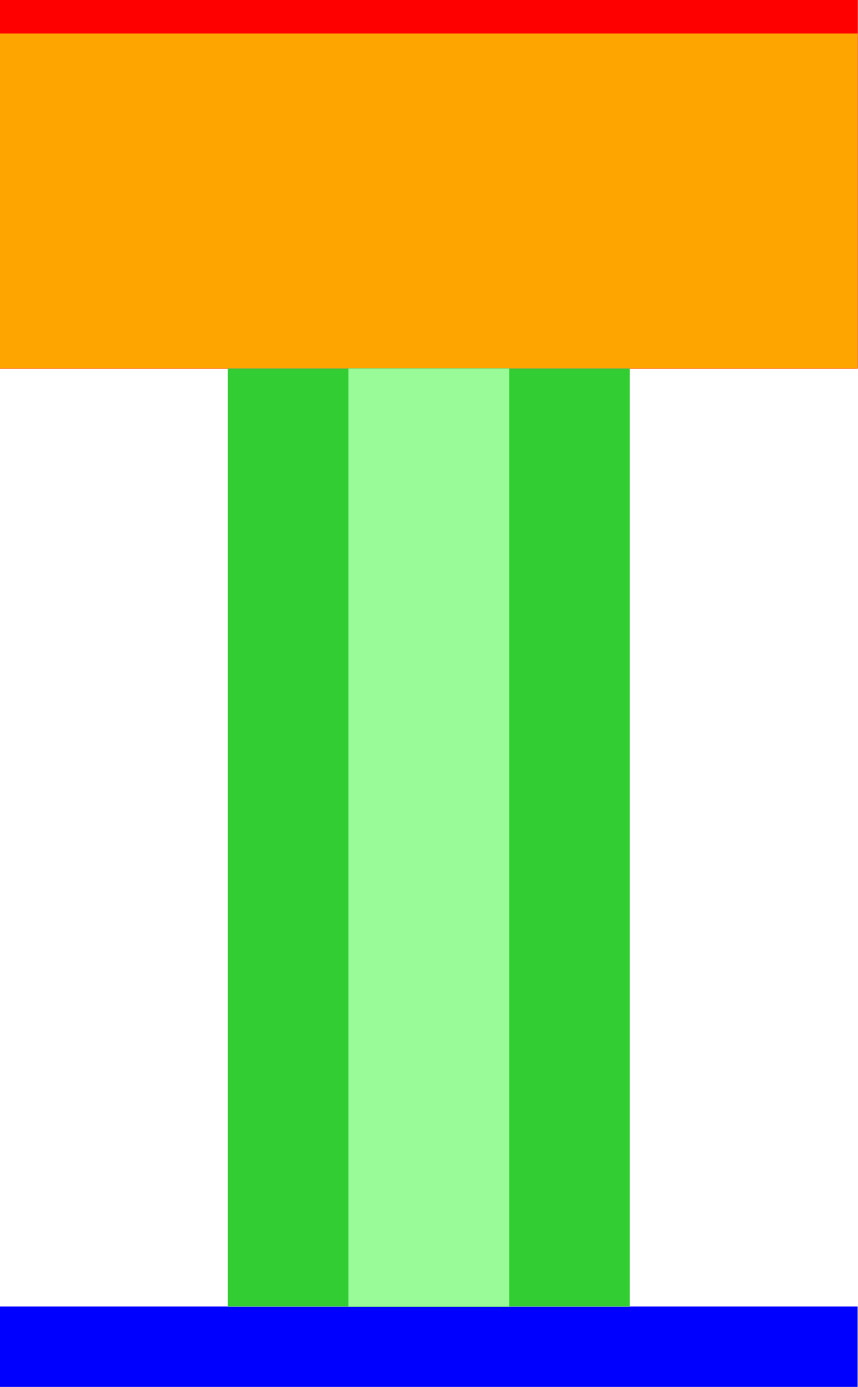
Repository: momopomi/htmlcss
Page: exercise/1-4.html
The author's editor kept a record of every edit. The page is drawn from the files as they stood at one moment, then again after the next edit.
The browser window is 1280 px wide. The pictures show the whole page, at 67% of full size.

Above is the page before.

### exercise/1-4.html
<!DOCTYPE html>
<html lang="ja">
  <head>
    <meta charset="UTF-8" />
    <!-- CSSファイルの読み込み -->
    <link rel="stylesheet" href="1-4.css" />
    <title>1-4</title>
  </head>

  <body>
    <!-- header用のdiv -->
    <div class="header">
      <div class="header-top"></div>
      <div class="header-bottom"></div>
    </div>


    <!-- main用のdiv -->
    <div class="main">
      <div class="blog">
        <div class="sidebar"></div>
      </div>
    </div>

    <!-- footer用のdiv -->
    <div class="footer"></div>
  </body>
</html>

### exercise/1-4.css
/* ブラウザがそれぞれ持っているCSSをリセットするための記述 */
* {
  margin: 0;
  padding: 0;
  box-sizing: border-box;
}

.header {
  width: 100%; /* 横幅いっぱい */
  height: 550px; /* 高さ120px */
  background-color: red; /* 背景色red */
}

.header-top {
  width: 100%; /* 横幅いっぱい */
  height: 50px; /* 高さ70px */
  background-color: red; /* 背景色hotpink */
}

.header-bottom {
  width: 100%; /* 横幅いっぱい */
  height: 500px; /* 高さ50px */
  background-color: orange; /* 背景色pink */
}

.main {
  width: 840px; /* 横幅840px */
  display: flex; /* Flexboxの利用 */
  justify-content: center; /* 要素の横並び・中央寄せ */
  margin: 0 auto; /* 中央寄せ（左右に余白がないとできない） */
}

.blog {
  width: 600px; /* 横幅600px */
  height: 1400px; /* 高さ1400px */
  background-color: limegreen; /* 背景色limegreen */
}

.sidebar {
  width: 240px; /* 横幅240px */
  height: 1400px; /* 高さ1400px */
  background-color: palegreen; /* 背景色palegreen */
  display: flex; /* Flexboxの利用 */
  justify-content: center; /* 要素の横並び・中央寄せ */
  margin: 0 auto; /* 中央寄せ（左右に余白がないとできない） */
}

.footer {
  width: 100%; /* 横幅いっぱい */
  height: 120px; /* 高さ120px */
  background-color: blue; /* 背景色blue */
}

After the next edit:
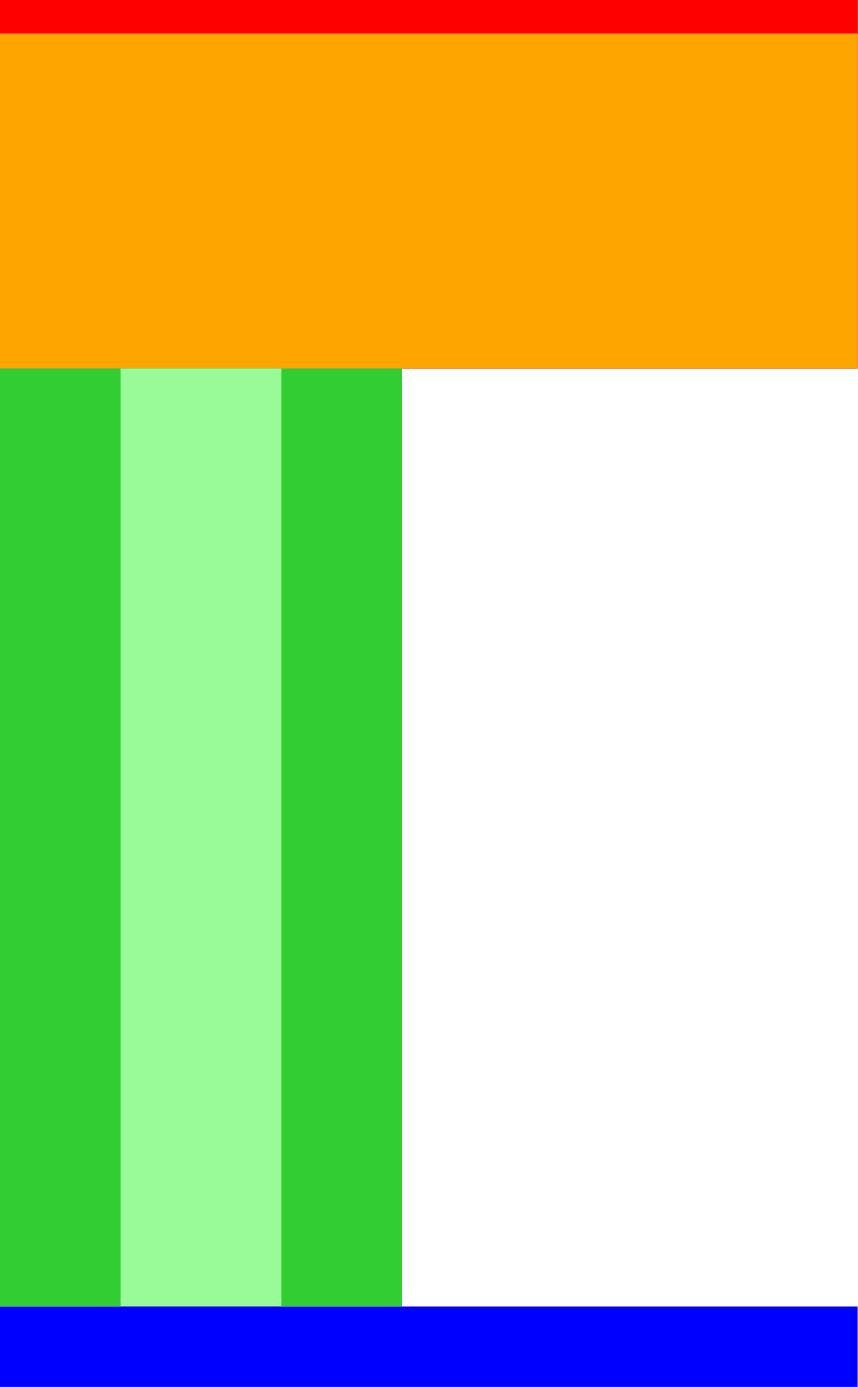
The edit:
--- a/exercise/1-4.css
+++ b/exercise/1-4.css
@@ -23,13 +23,6 @@
   background-color: orange; /* 背景色pink */
 }
 
-.main {
-  width: 840px; /* 横幅840px */
-  display: flex; /* Flexboxの利用 */
-  justify-content: center; /* 要素の横並び・中央寄せ */
-  margin: 0 auto; /* 中央寄せ（左右に余白がないとできない） */
-}
-
 .blog {
   width: 600px; /* 横幅600px */
   height: 1400px; /* 高さ1400px */
